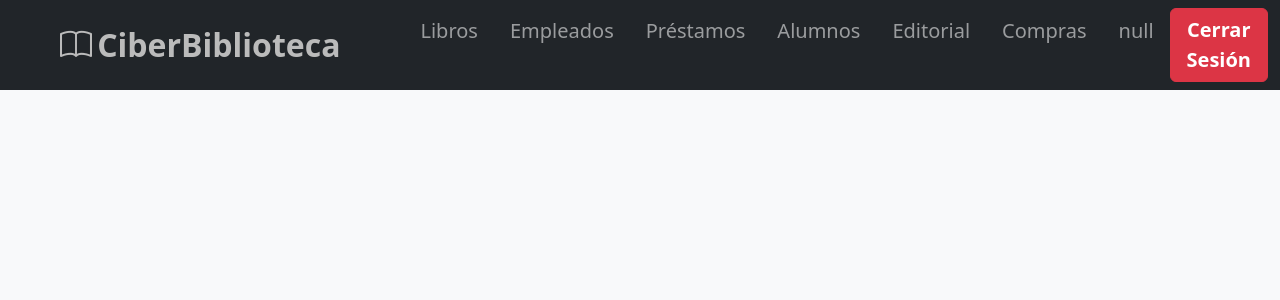
Repository: WilmerOcampo/Biblioteca_Project
Page: http://localhost/Biblioteca_Project/snippet/nav_bar.jsp
The author's editor kept a copy of each file at every save. The page is drawn from the files as they stood at one save, then again after the next save.
The browser window is 1280 px wide. The pictures show the whole page.
The page is served by Tomcat 10.

Above is the page before, as saved 2023-06-29 21:56:10.

After the next save:
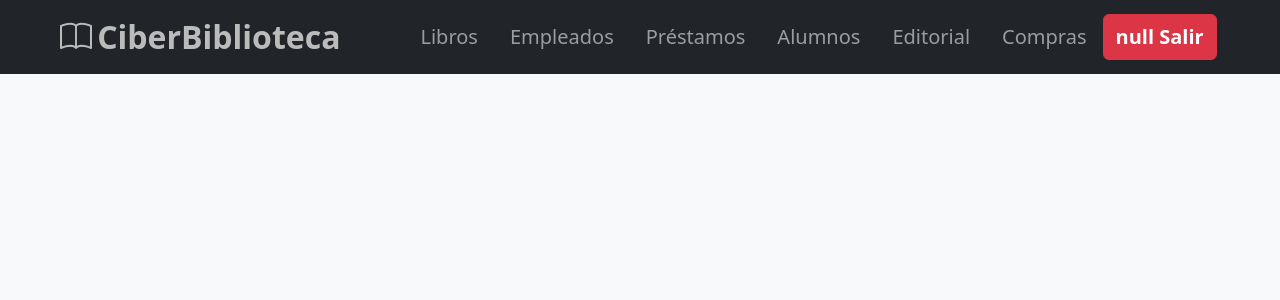
Saved 81 s later.
--- a/Biblioteca_Project/src/main/webapp/snippet/nav_bar.jsp
+++ b/Biblioteca_Project/src/main/webapp/snippet/nav_bar.jsp
@@ -39,9 +39,8 @@
 					<li class="nav-item" style="margin: 0 0.5rem"><a class="nav-link" href="AlumnoServlet?listaAlumnos&action=listar">Alumnos</a></li>
 					<li class="nav-item" style="margin: 0 0.5rem"><a class="nav-link" href="EditorialServlet?listaEditoriales&action=listar">Editorial</a></li>
 					<li class="nav-item" style="margin: 0 0.5rem"><a class="nav-link" href="CompraLibroServlet?listaCompras&action=listar">Compras</a></li>
-					<li class="nav-item" style="margin: 0 0.5rem"><a class="nav-link" href=""><%=session.getAttribute("nombre") %></a></li>
 				<form class="d-flex"  action="LogoutServlet">
-					<button class="btn btn-danger d-none d-md-inline-block" type="submit" style="font-size: 20px; font-weight: 600">Cerrar Sesión</button>
+					<button class="btn btn-danger d-none d-md-inline-block" type="submit" style="font-size: 20px; font-weight: 600"><%=session.getAttribute("nombre") %> Salir</button>
 				</form>
 				</ul>
 

After the save that followed:
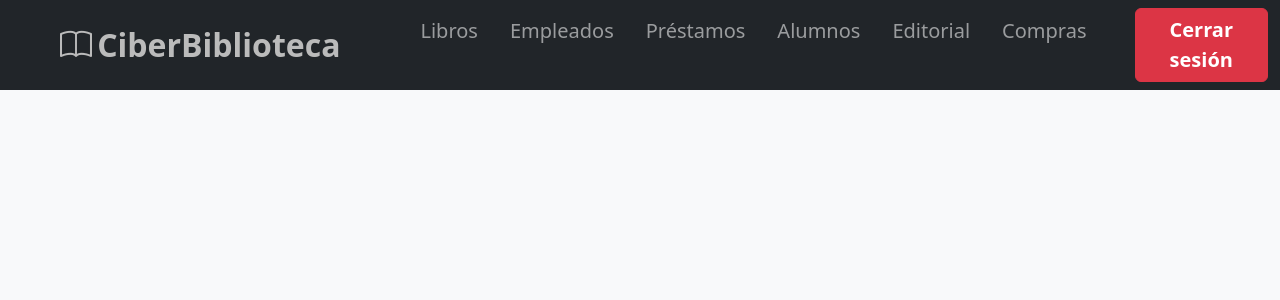
Saved 49 s later.
--- a/Biblioteca_Project/src/main/webapp/snippet/nav_bar.jsp
+++ b/Biblioteca_Project/src/main/webapp/snippet/nav_bar.jsp
@@ -39,8 +39,9 @@
 					<li class="nav-item" style="margin: 0 0.5rem"><a class="nav-link" href="AlumnoServlet?listaAlumnos&action=listar">Alumnos</a></li>
 					<li class="nav-item" style="margin: 0 0.5rem"><a class="nav-link" href="EditorialServlet?listaEditoriales&action=listar">Editorial</a></li>
 					<li class="nav-item" style="margin: 0 0.5rem"><a class="nav-link" href="CompraLibroServlet?listaCompras&action=listar">Compras</a></li>
+					<li class="nav-item" style="margin: 0 0.5rem"><a class="nav-link" href=""><%--=session.getAttribute("nombre") --%></a></li>
 				<form class="d-flex"  action="LogoutServlet">
-					<button class="btn btn-danger d-none d-md-inline-block" type="submit" style="font-size: 20px; font-weight: 600"><%=session.getAttribute("nombre") %> Salir</button>
+					<button class="btn btn-danger d-none d-md-inline-block" type="submit" style="font-size: 20px; font-weight: 600">Cerrar sesión</button>
 				</form>
 				</ul>
 
